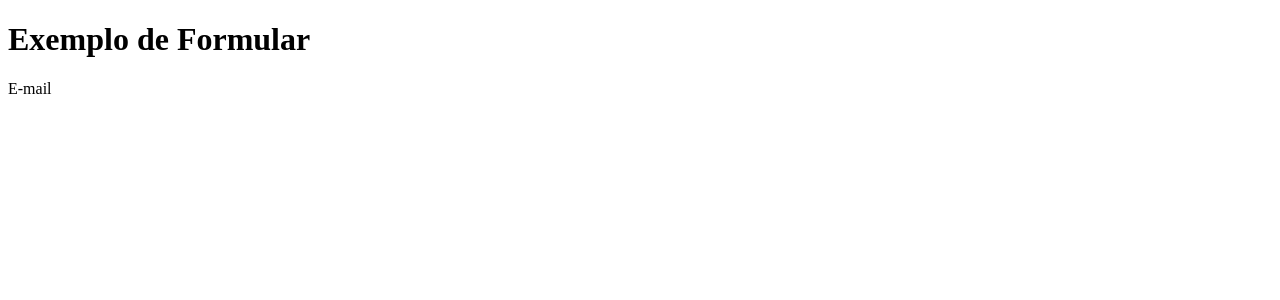
Repository: DorivalJunior14/exercicios
Page: ex025.html/form004.html
The author's editor kept a copy of each file at every save. The page is drawn from the files as they stood at one save, then again after the next save.
The browser window is 1280 px wide. The pictures show the whole page.

Above is the page before, as saved 2022-07-20 17:40:03.

After the next save:
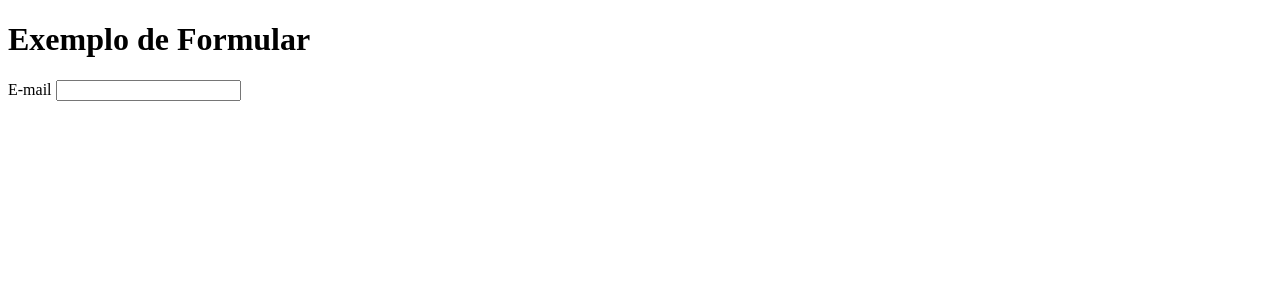
Saved 12 s later.
--- a/ex025.html/form004.html
+++ b/ex025.html/form004.html
@@ -10,7 +10,7 @@
     <form action="cadastro.php" method="get">
         <p>
             <label for="iemail">E-mail</label>
-            <i
+            <input
         </form>
 </body>
 </html>
